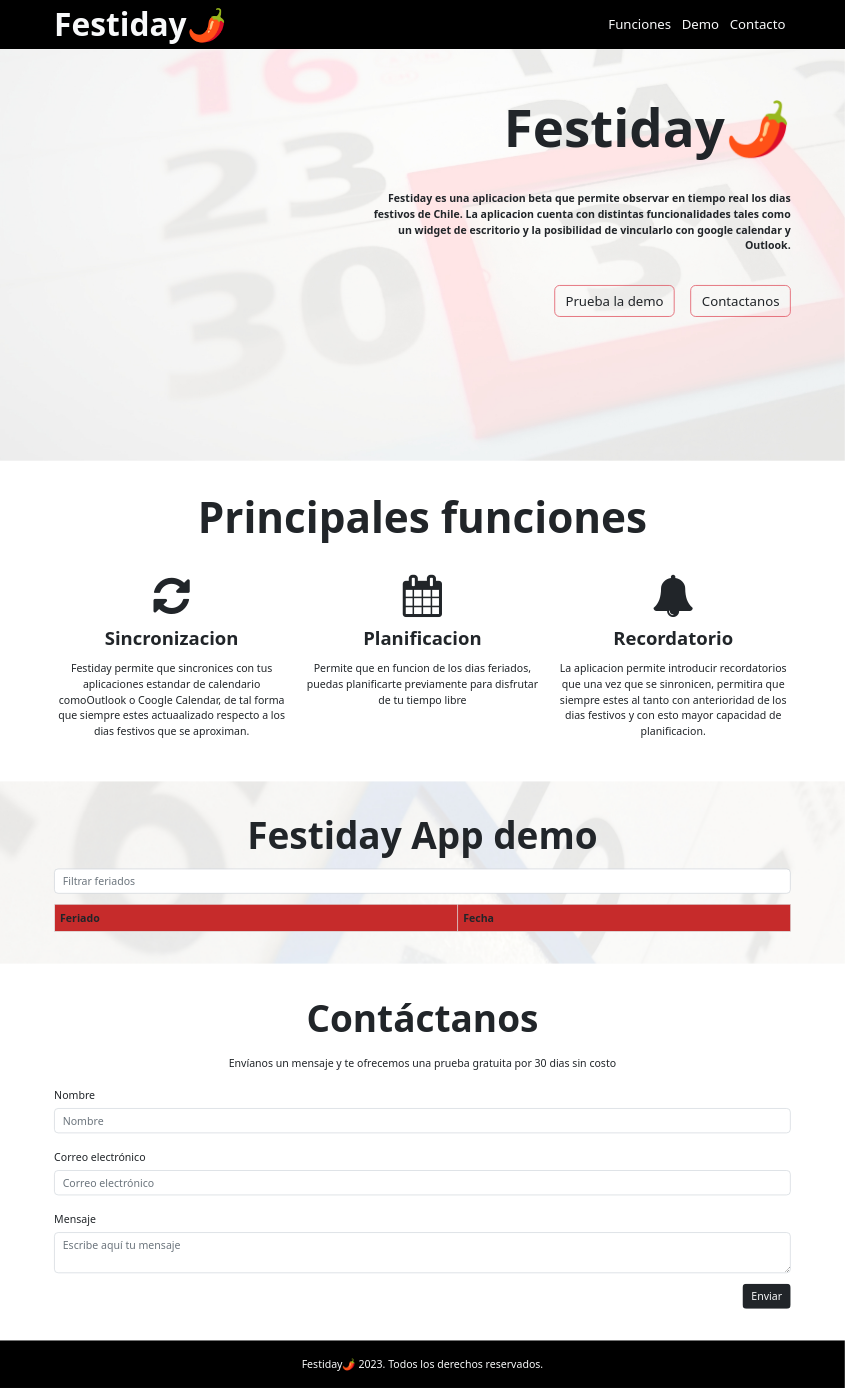
Repository: cvalenciapatagonia/Desafio-4-React-I
Page: /
An editor plug-in stored every save of this project. The page is shown before and after the next save, followed by the edit.
The browser window is 1280 px wide. The pictures show the whole page, at 66% of full size.
The page's requests for data from a server got no answer. The project was rebuilt for these pictures with package versions that can differ from the ones it lists, and the page was loaded fresh each time. No one was signed in, and anything a server would have sent is missing. Also part of the build but not shown: vite.config.js.

Above is the page before, as saved 2023-09-08 19:16:55.

After the next save:
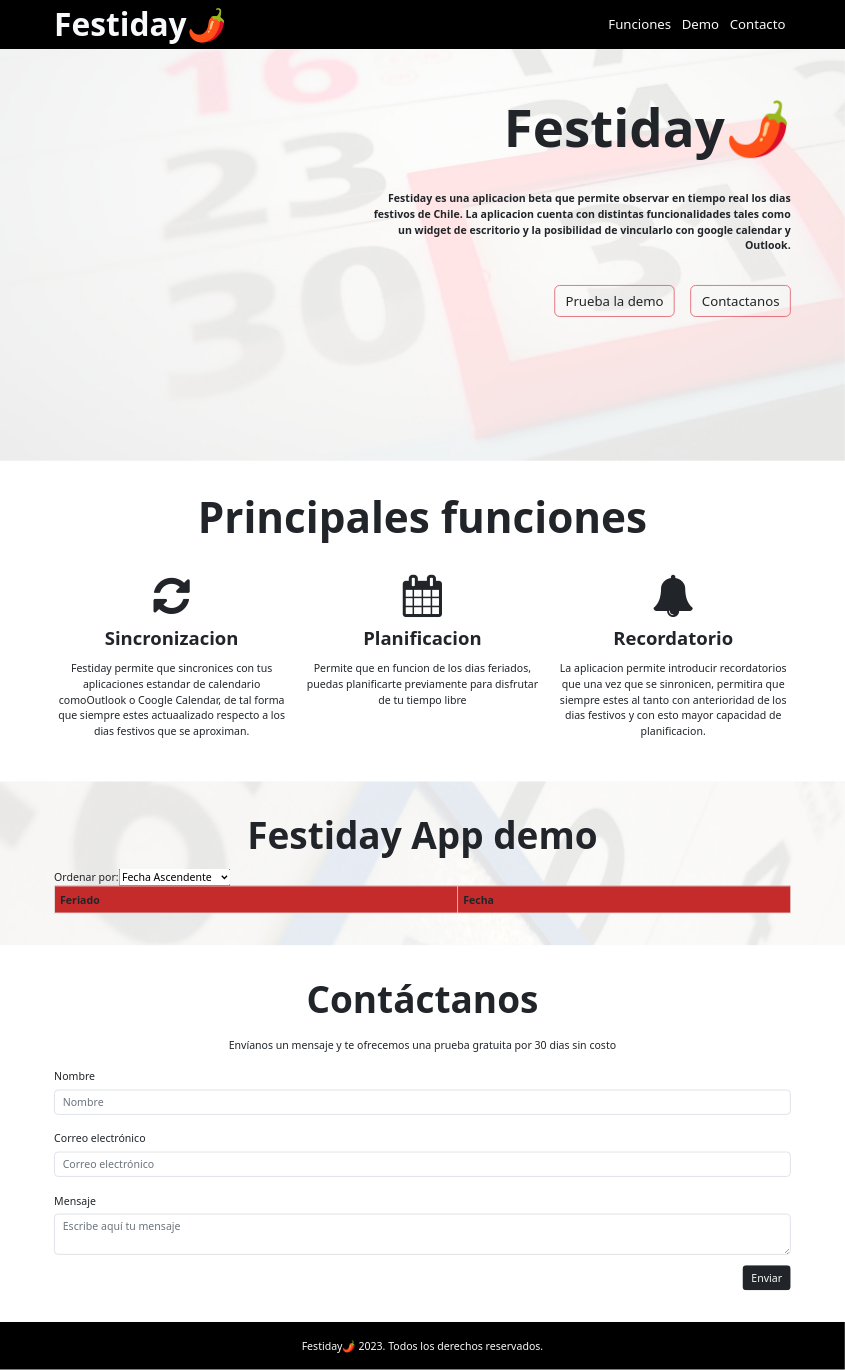
Saved 2 s later.
--- a/src/components/Buscador.jsx
+++ b/src/components/Buscador.jsx
@@ -1,21 +1,24 @@
-import React from 'react';
+import React, { useState } from 'react';
 
-const Buscador = ({ onFilterChange }) => {
-  const handleInputChange = (e) => {
-    const filterText = e.target.value;
-    onFilterChange(filterText);
+function Buscador({ onSortChange }) {
+  const [sortOption, setSortOption] = useState('asc'); // Opción de ordenamiento predeterminada
+
+  const handleSortChange = (e) => {
+    const selectedOption = e.target.value;
+    setSortOption(selectedOption);
+    onSortChange(selectedOption);
   };
 
   return (
-    <div className="mb-3">
-      <input
-        type="text"
-        className="form-control"
-        placeholder="Filtrar feriados"
-        onChange={handleInputChange}
-      />
+    <div className="Buscador">
+      <label htmlFor="sortSelect">Ordenar por:</label>
+      <select id="sortSelect" value={sortOption} onChange={handleSortChange}>
+        <option value="asc">Fecha Ascendente</option>
+        <option value="desc">Fecha Descendente</option>
+        <option value="month">Por Mes</option>
+      </select>
     </div>
   );
-};
+}
 
 export default Buscador;
